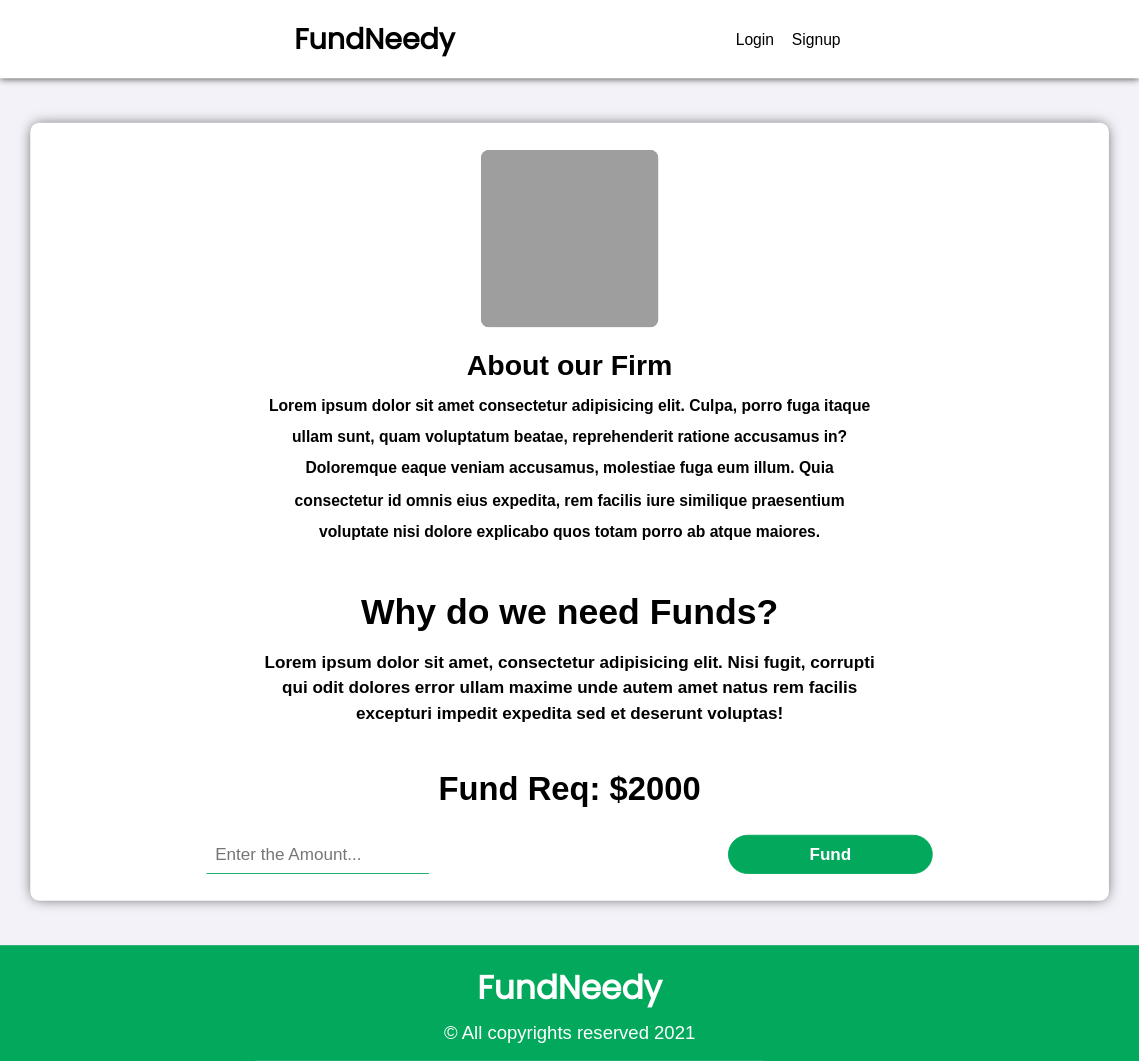
Repository: osdc/codejam
Page: /firmname (app in sassy-sandwiches/fund-needy/)
These files come from the project's save history. The page is drawn as it stood at one moment and after the next save; the edit follows.
The browser window is 1280 px wide. The pictures show the whole page, at 89% of full size.
Pictures or frames that could not be fetched are drawn as grey boxes. The project was rebuilt for these pictures with package versions that can differ from the ones it lists, and the page was loaded fresh each time. Also part of the build but not shown: sassy-sandwiches/fund-needy/src/Showcase.css, sassy-sandwiches/fund-needy/src/Showcase.js, sassy-sandwiches/fund-needy/src/Needies.css, sassy-sandwiches/fund-needy/src/Needy.css, sassy-sandwiches/fund-needy/src/Needy.js, sassy-sandwiches/fund-needy/src/Needies.js.

Above is the page before, as saved 2021-01-09 22:35:18.

After the next save:
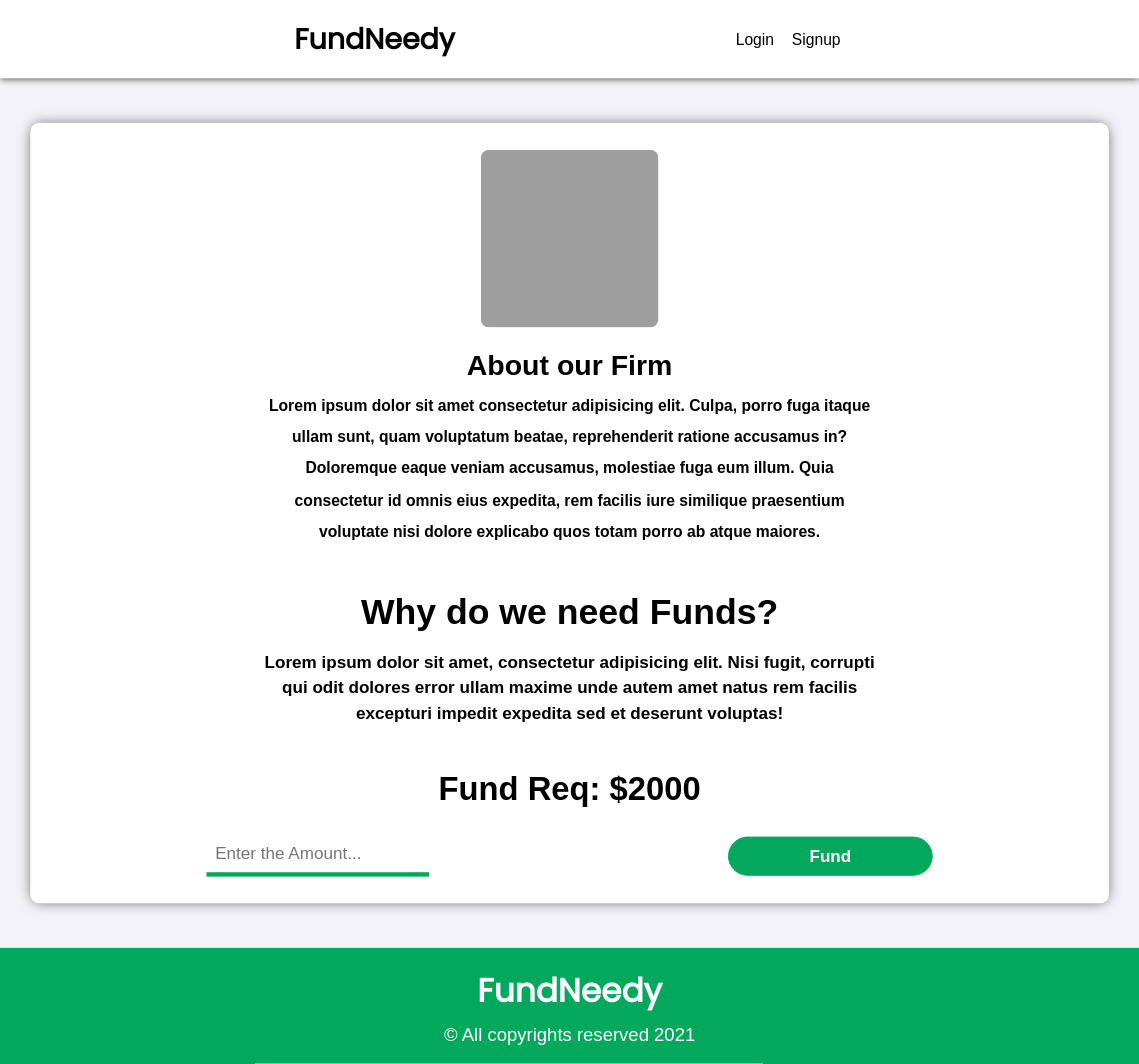
Saved 16 s later.
--- a/sassy-sandwiches/fund-needy/src/FirmFund.css
+++ b/sassy-sandwiches/fund-needy/src/FirmFund.css
@@ -66,7 +66,7 @@
   font-size: 1.2rem;
   outline: none;
   border: none;
-  border-bottom: 1px solid #02a95c;
+  border-bottom: 5px solid #02a95c;
 }
 
 .firmFund_fund > form > input[type="number"]:focus {
